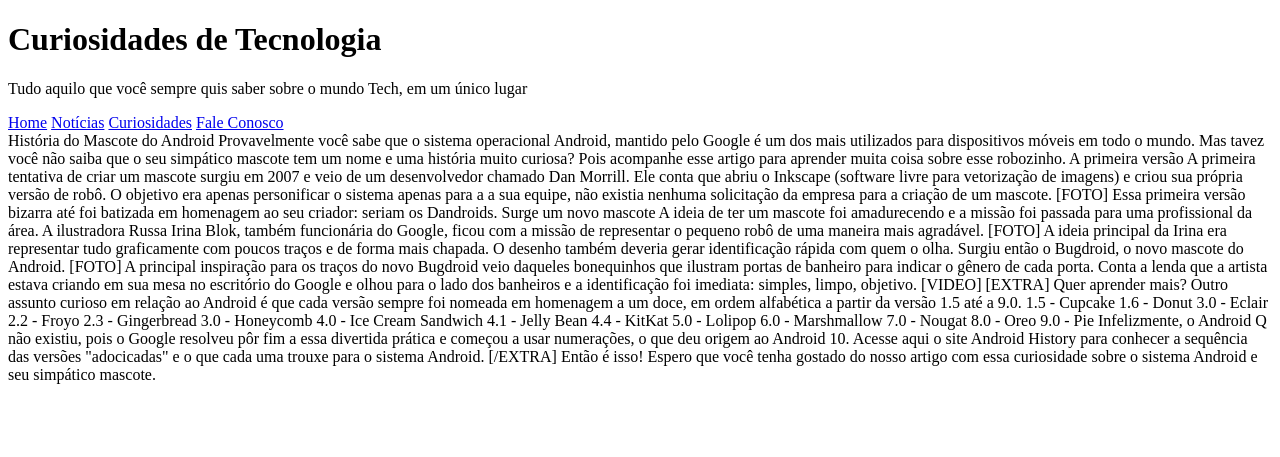
Repository: ClaytonEduard/cursoemvideo
Page: html-css/desafios/d010/android.html
These files come from the project's save history. The page is drawn as it stood at one moment and after the next save; the edit follows.
The browser window is 1280 px wide. The pictures show the whole page.

Above is the page before, as saved 2022-12-02 08:59:04.

After the next save:
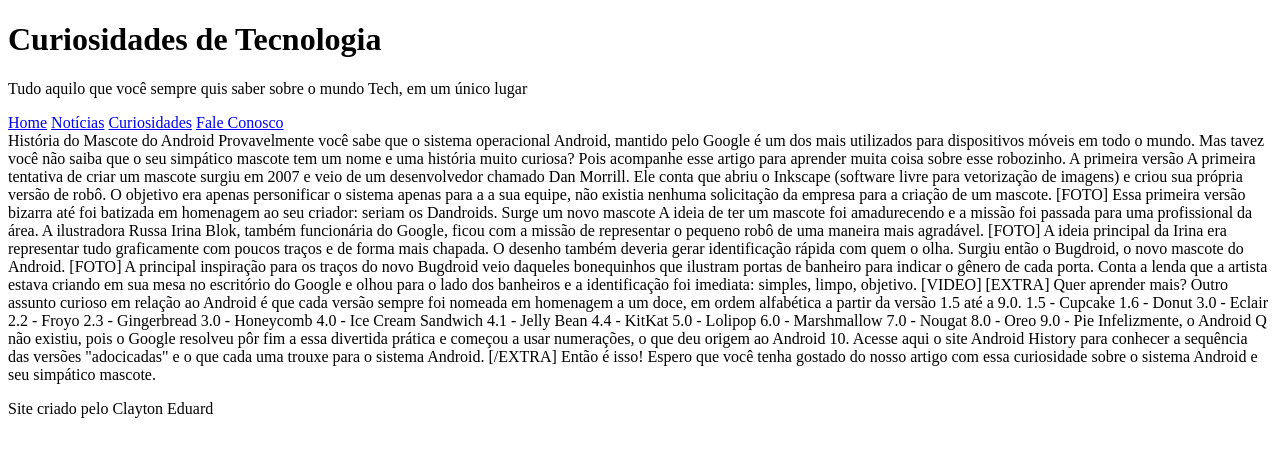
Saved 19 s later.
--- a/html-css/desafios/d010/android.html
+++ b/html-css/desafios/d010/android.html
@@ -91,7 +91,7 @@
         </article>
     </main>
     <footer>
-
+        <p>Site criado pelo Clayton Eduard</p>
     </footer>
 </body>
 
